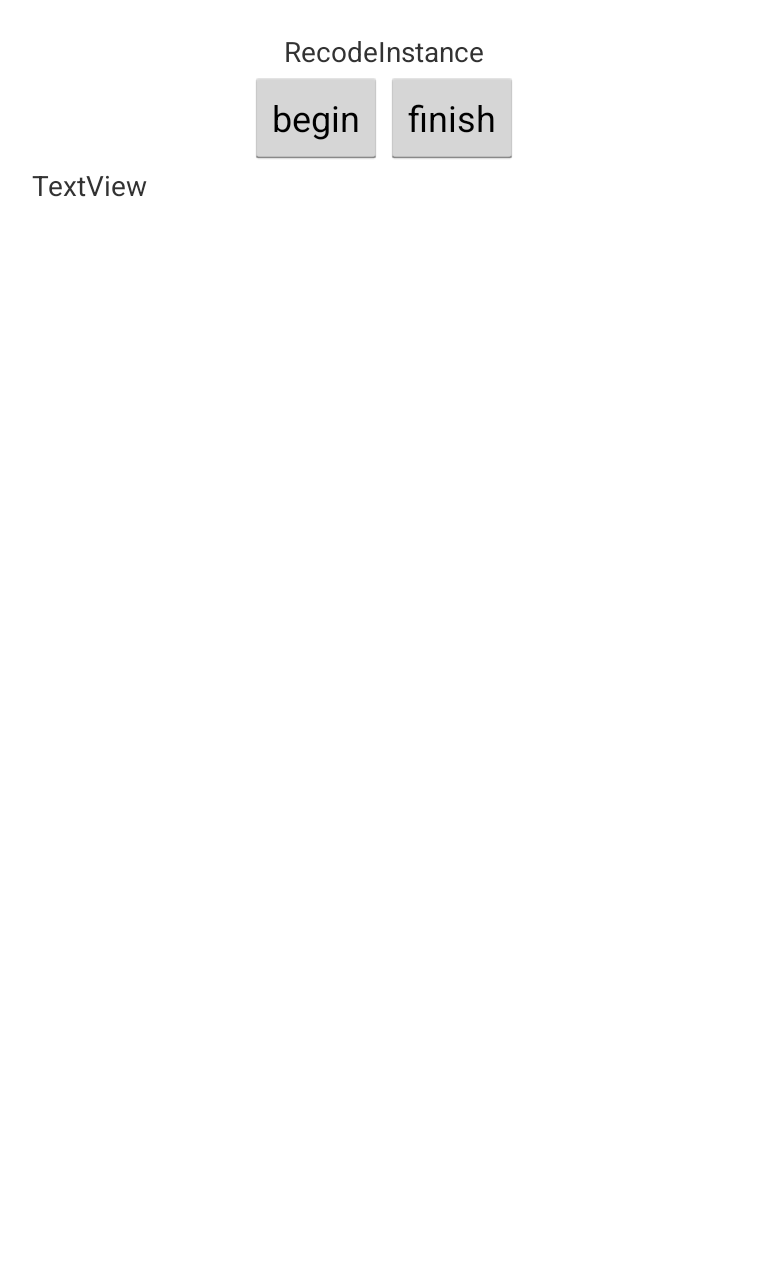
Repository: ShigerD/AndroidSample
Layout: Sample/Sample13/Sample13_5/Recode/res/layout/activity_main.xml
The author's editor kept a copy of each file at every save. The layout is drawn from the files as they stood at one save, then again after the next save.
It is drawn on a 768 x 1280 px phone screen (xhdpi) without system bars, with theme AppTheme; the app's code is not run.

Above is the layout before, as saved 2016-08-18 07:40:34.

### Sample/Sample13/Sample13_5/Recode/res/layout/activity_main.xml
<RelativeLayout xmlns:android="http://schemas.android.com/apk/res/android"
    xmlns:tools="http://schemas.android.com/tools"
    android:layout_width="match_parent"
    android:layout_height="match_parent"
    android:layout_gravity="center"
    android:paddingBottom="@dimen/activity_vertical_margin"
    android:paddingLeft="@dimen/activity_horizontal_margin"
    android:paddingRight="@dimen/activity_horizontal_margin"
    android:paddingTop="@dimen/activity_vertical_margin"
    tools:context="com.example.recode.MainActivity" >

    <LinearLayout
        android:layout_width="match_parent"
        android:layout_height="match_parent"
        android:layout_alignParentBottom="true"
        android:layout_centerHorizontal="true"
        android:orientation="vertical" >

        <TextView
            android:layout_width="wrap_content"
            android:layout_height="wrap_content"
            android:layout_gravity="center_horizontal"
            android:text="@string/title" />

        <LinearLayout
            android:layout_width="match_parent"
            android:layout_height="wrap_content"
            android:gravity="center_horizontal" >

            <Button
                android:id="@+id/start"
                android:layout_width="wrap_content"
                android:layout_height="wrap_content"
                android:text="@string/start" />

            <Button
                android:id="@+id/stop"
                android:layout_width="wrap_content"
                android:layout_height="wrap_content"
                android:text="@string/stop" />

        </LinearLayout>

        <LinearLayout
            android:layout_width="match_parent"
            android:layout_height="wrap_content"
            android:layout_gravity="center_horizontal"
           >

            <TextView
                android:id="@+id/textView1"
                android:layout_width="wrap_content"
                android:layout_height="wrap_content"
                android:layout_gravity="center_horizontal"
                android:text="TextView" />

        </LinearLayout>

    </LinearLayout>

</RelativeLayout>

### Sample/Sample13/Sample13_5/Recode/res/values/strings.xml
<?xml version="1.0" encoding="utf-8"?>
<resources>

    <string name="app_name">Recode</string>
    <string name="hello_world">Hello world!</string>
    <string name="action_settings">Settings</string>
    <string name="title">RecodeInstance</string>
    <string name="start">begin</string>
    <string name="stop">finish</string>
    <string name="state">null</string>

</resources>

Loaded but not shown: Sample/Sample13/Sample13_5/Recode/res/values/styles.xml (common file); Sample/Sample13/Sample13_5/Recode/res/values-v11/styles.xml (common file); Sample/Sample13/Sample13_5/Recode/res/values-v14/styles.xml (common file); Sample/Sample13/Sample13_5/Recode/res/values/dimens.xml (common file); Sample/Sample13/Sample13_5/Recode/res/values-w820dp/dimens.xml (common file)

After the next save:
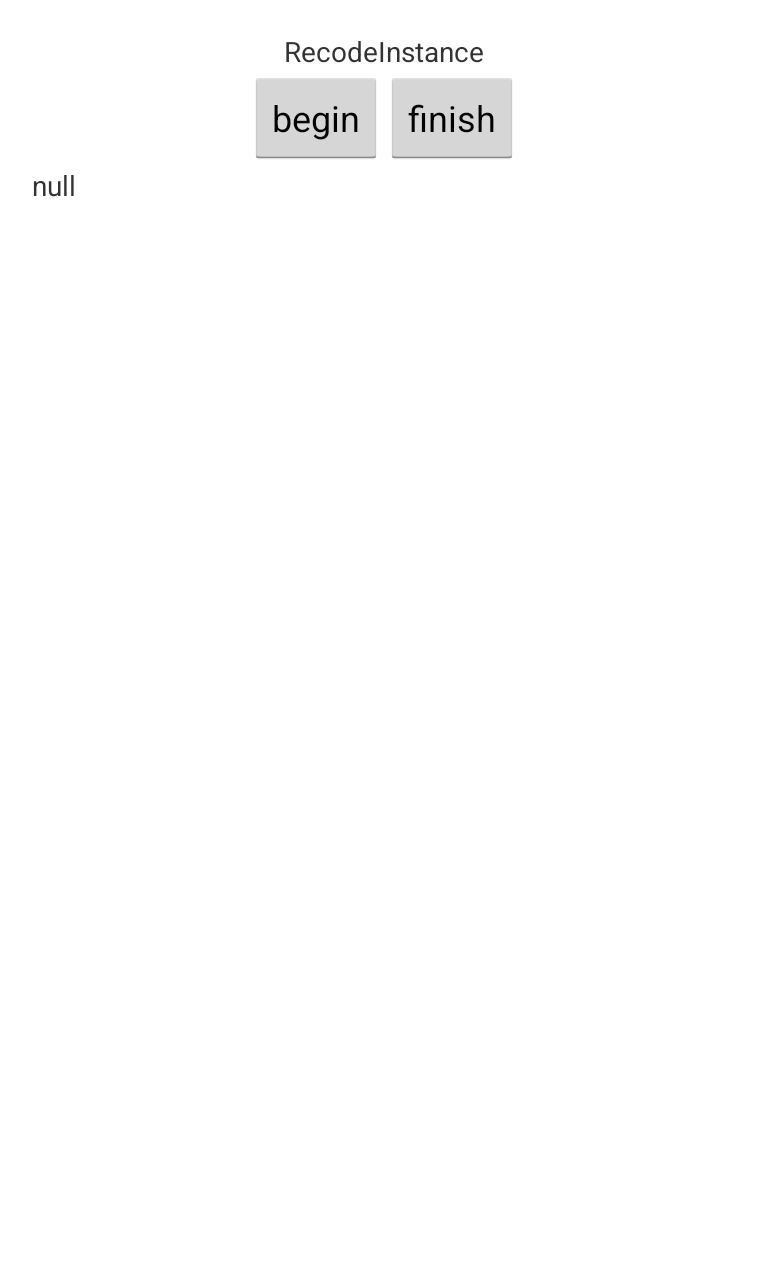
Saved 26 s later.
--- a/Sample/Sample13/Sample13_5/Recode/res/layout/activity_main.xml
+++ b/Sample/Sample13/Sample13_5/Recode/res/layout/activity_main.xml
@@ -52,7 +52,7 @@
                 android:layout_width="wrap_content"
                 android:layout_height="wrap_content"
                 android:layout_gravity="center_horizontal"
-                android:text="TextView" />
+                android:text="@string/state" />
 
         </LinearLayout>
 
